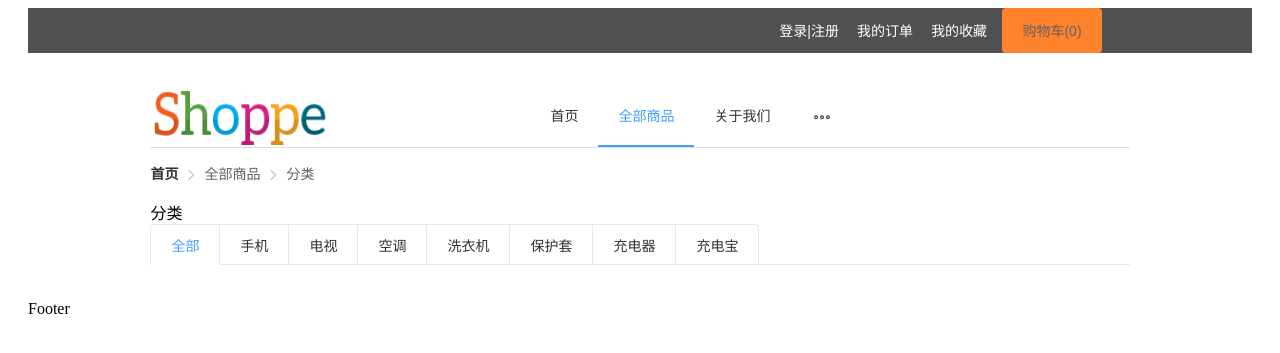
Repository: zhenghaochang/---
Page: /#/allGoods (app in xiaomi/)
An editor plug-in stored every save of this project. The page is shown before and after the next save, followed by the edit.
The browser window is 1280 px wide. The pictures show the whole page.
The project was rebuilt for these pictures with package versions that can differ from the ones it lists, and the page was loaded fresh each time. Also part of the build but not shown: xiaomi/vite.config.js.

Above is the page before, as saved 2025-08-01 15:16:57.

### xiaomi/src/main.js
import { createApp } from 'vue';
import ElementPlus from 'element-plus';
import 'element-plus/dist/index.css';
import router from './router/router';
import App from './App.vue';
import * as ElementPlusIconsVue from '@element-plus/icons-vue';
import { createPinia } from 'pinia';
import piniaPluginPersistedstate from 'pinia-plugin-persistedstate'
const app = createApp(App);
const pinia = createPinia();
pinia.use(piniaPluginPersistedstate)
app.use(pinia);
for (const [key, component] of Object.entries(ElementPlusIconsVue)) {
    app.component(key, component);
}
app.use(router);
app.use(ElementPlus);
app.mount('#app');

### xiaomi/src/router/router.js
import {createRouter,createWebHashHistory} from 'vue-router'

let router = createRouter({
    history:createWebHashHistory(),
    routes:[
        {
            path:"/",
            component:()=>import('../components/main.vue'),
            redirect:"/home",
            children:[
                {
                    path:"/home",
                    component:() => import('../view/home.vue')
                },
                {
                    path:"/allGoods",
                    component:() => import('../view/allGoods.vue')
                }
            ]
        }
    ]
})

export default router

### xiaomi/src/App.vue
<script setup>
import Menu from '../src/components/menu.vue'


</script>

<template>
    <div>
        <el-container>
            <el-header class="header"><Menu></Menu></el-header>
            <el-main class="main"><router-view></router-view></el-main>
            <el-footer>Footer</el-footer>
        </el-container>
    </div>
</template>

<style scoped>
.header{
/*     background-color: blue; */
    width:100%
}
/* .main{
    background-color: blue;
    width: 100%;
    display:flex;
    flex-direction: column;
    justify-content: center;
} */
</style>

### xiaomi/src/components/main.vue
<script setup>
import logo from '../assets/img/logo.png'
import { Search } from '@element-plus/icons-vue'
import {useRoute,useRouter} from 'vue-router'

const router = useRouter()
const route = useRoute()

</script>

<template>
    <div class="base_div">
        <!-- 菜单div -->
        <div style="width:80%;margin-bottom:20px">
            <el-menu
                :default-active="route.path"
                class="menu"
                mode="horizontal"
                @select="handleSelect"
                router
            >
                <div>
                    <img style="width:180px;height:60px;margin-right:200px" :src="logo" alt="">
                </div>
                <el-menu-item index="/home">首页</el-menu-item>
                <el-menu-item index="/allGoods">全部商品</el-menu-item>
                <el-menu-item index="/aboutUs">关于我们</el-menu-item>
                <div>
                    <el-input
                        v-model="input3"
                        style="margin-left:200px;width:250px"
                        placeholder="请输入商品名称"
                        class="input-with-select"
                    >
                        <template #append>
                            <el-button :icon="Search" />
                        </template>
                    </el-input>
                </div>
            </el-menu>
        </div>
        <!-- 菜单div END -->
        <!-- 主体div -->
        <div style="width:100%">
            <router-view></router-view>
        </div>
    </div>
</template>

<style scoped>
.base_div{
    width: 100%;
    display:flex;
    flex-direction: column;
    align-items:center;
}
.menu{
    display:flex;
    align-items: center;
}
</style>

### xiaomi/src/view/allGoods.vue
<script setup>
import { ArrowRight } from '@element-plus/icons-vue'
import {ref} from 'vue'


const activeName = ref('0')

</script>

<template>
    <div class="base_div">
        <!-- 面包屑 -->
        <div style="width:80%">
            <el-breadcrumb :separator-icon="ArrowRight">
                <el-breadcrumb-item :to="{ path: '/home' }">首页</el-breadcrumb-item>
                <el-breadcrumb-item>全部商品</el-breadcrumb-item>
                <el-breadcrumb-item>分类</el-breadcrumb-item>
            </el-breadcrumb>
        </div>
        <!-- 面包屑END -->
        <br>
        <!-- 分类标签 -->
        <div style="width:80%">
            分类
            <el-tabs
                v-model="activeName"
                type="card"
                class="demo-tabs"
                @tab-click="handleClick"
            >
                <el-tab-pane label="全部" name="0"></el-tab-pane>
                <el-tab-pane label="手机" name="1"></el-tab-pane>
                <el-tab-pane label="电视" name="2"></el-tab-pane>
                <el-tab-pane label="空调" name="3"></el-tab-pane>
                <el-tab-pane label="洗衣机" name="4"></el-tab-pane>
                <el-tab-pane label="保护套" name="5"></el-tab-pane>
                <el-tab-pane label="充电器" name="6"></el-tab-pane>
                <el-tab-pane label="充电宝" name="7"></el-tab-pane>
            </el-tabs>
        </div>
        <!-- 分类标签END -->
    </div>
</template>

<style scoped>
.base_div{
    width: 100%;
    display: flex;
    justify-content: center;
}
</style>

### xiaomi/src/components/menu.vue
<script setup>
import {ref,reactive} from 'vue'
import request from '../request/index'
import { ElMessage } from 'element-plus'
import {useUserStore} from '../store/index'


const store = useUserStore()


const loginVisible = ref(false)
const registVisible = ref(false)

const loginForm = ref({
    username:'',
    password:''
})

const registForm = ref({
    username:'',
    password:'',
    rePassword:'',
    name:''
})

const user = ref({
    id:0,
    username:'',
    name:'',
    numInCart:0,
    token:''
})

const loginFormRef = ref()
const registFormRef = ref()

const validateUsername = (rule,value,callback)=>{
    if(value.length==0){
      callback(new Error("用户名不能为空"))
    }else{
      callback()
    }
  }

  const validatePassword = (rule,value,callback)=>{
    if(value.length<4){
      callback(new Error("密码小于4位"))
    }else{
      callback()
    }
  }

  const validateRePassword = (rule,value,callback)=>{
    if(value.length<4){
      callback(new Error("密码小于4位"))
    }else{
      if(value != registForm.value.password){
        callback(new Error("密码不一致"))
      }else{
        callback()
      }
    }
  }

  const rules = {
    username:[{required:true,message:'用户名不能为空',validator:validateUsername}],
    password:[{required:true,message:'密码必须大于4位',validator:validatePassword}],
    rePassword:[{required:true,validator:validateRePassword}]
  }


async function login(){
    const valid = await loginFormRef.value.validate
    if(valid){
        let {data} = await request.post("/user/login",loginForm.value)
        if(data.code == 200){
            ElMessage.success('登录成功')
            user.value = data.data
            store.changeInfo(user.value)
            loginVisible.value = false
        }else{
            ElMessage.error(data.msg)
        }
    }
}

async function regist(){
    const valid = await registFormRef.value.validate
    if(valid){
        let {data} = await request.post("/user/regist",registForm.value)
        if(data.code == 200){
            ElMessage.success('注册成功')
            registVisible.value = false
            loginVisible.value = true
        }else{
            ElMessage.error(data.msg)
        }
    }
}

</script>

<template>
    <div class="base_div">
        <el-button color="rgb(80,80,80)" @click="loginVisible = true" v-if="store.id==0" link>登录|注册</el-button>
        <div style="display:flex;align-items:center;margin-right:10px" v-else>
            <el-button color="rgb(80,80,80)" link>欢迎{{store.name}}</el-button>
            <el-button color="rgb(80,80,80)" @click="()=>{store.logout(),ElMessage.success('已退出')}" link>退出登录</el-button>
        </div>
        <el-button color="rgb(80,80,80)" link>我的订单</el-button>
        <el-button color="rgb(80,80,80)" link>我的收藏</el-button>
        <el-button  style="background-color:rgb(255,130, 45);margin-right:150px;width:100px"  link>购物车({{store.numInCart}})</el-button>

        <!-- 登录窗口 -->
        <el-dialog v-model="loginVisible"  title="登录" width="300">
            <el-form :model="loginForm" ref="loginFormRef" :rules="rules">
                <el-form-item label="用户名" prop="username" :label-width="70">
                    <el-input v-model="loginForm.username" autocomplete="off" />
                </el-form-item>
                <el-form-item label="密码" prop="password" :label-width="70">
                    <el-input v-model="loginForm.password" autocomplete="off" type="password" show-password />
                </el-form-item>
            </el-form>
            <template #footer>
                <div style="display:flex;justify-content:space-between;align-items:center">
                    <el-button type="warning" @click="registVisible = true">注册</el-button>
                    <div>
                        <el-button @click="loginVisible = false">取消</el-button>
                        <el-button type="primary" @click="login">
                        登录
                        </el-button>
                    </div>

                </div>
            </template>
        </el-dialog>
        <!-- 登录窗口END -->
        <!-- 注册窗口 -->
        <el-dialog v-model="registVisible"  title="注册" width="350">
            <el-form :model="registForm" ref="registFormRef" :rules="rules">
                <el-form-item label="用户名" prop="username" :label-width="80">
                    <el-input v-model="registForm.username" autocomplete="off" />
                </el-form-item>
                <el-form-item label="密码" prop="password" :label-width="80">
                    <el-input v-model="registForm.password" autocomplete="off" type="password" show-password />
                </el-form-item>
                <el-form-item label="确认密码" prop="rePassword" :label-width="80">
                    <el-input v-model="registForm.rePassword" autocomplete="off" type="password" show-password />
                </el-form-item>
                <el-form-item label="姓名"  :label-width="80">
                    <el-input v-model="registForm.name" autocomplete="off"  />
                </el-form-item>
            </el-form>
            <template #footer>
                <div style="">
                    <div>
                        <el-button @click="registVisible = false">取消</el-button>
                        <el-button type="primary" @click="regist">
                        注册
                        </el-button>
                    </div>

                </div>
            </template>
        </el-dialog>
        <!-- 注册窗口END -->
    </div>
</template>

<style scoped>
.base_div{
    background-color:rgb(80,80,80);
    width:100%;
    height:45px;
    display: flex;
    justify-content:flex-end;
}
</style>

### xiaomi/src/request/index.js
import axios from 'axios'


const request = axios.create({
    baseURL:'http://localhost:8080',
    timeout:10000
})









export default request

### xiaomi/src/store/index.js
import {defineStore} from 'pinia'

const user = {
    id:0,
    username:'',
    name:'',
    numInCart:0,
    token:''
}

export const useUserStore = defineStore('userInfo',{
    state:()=>({
        id:0,
        username:'',
        name:'',
        numInCart:0,
        token:''
    }),
    getters:{},
    actions:{
        changeInfo(user){
            this.id = user.id,
            this.username = user.username,
            this.name = user.name,
            this.numInCart = user.numInCart,
            this.token = user.token
        },
        logout(){
            this.id = 0,
            this.username = '',
            this.name = '',
            this.numInCart = 0,
            this.token = ''
        }
    },
    persist: true
}
)

Loaded but not shown: xiaomi/index.html (common file)

After the next save:
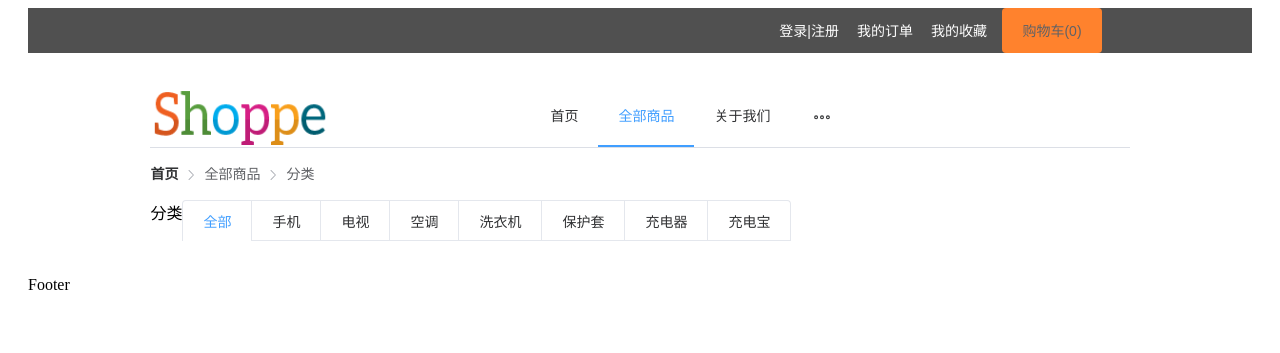
Saved 11 s later.
--- a/xiaomi/src/view/allGoods.vue
+++ b/xiaomi/src/view/allGoods.vue
@@ -20,7 +20,7 @@ const activeName = ref('0')
         <!-- 面包屑END -->
         <br>
         <!-- 分类标签 -->
-        <div style="width:80%">
+        <div style="width:80%;display:flex;">
             分类
             <el-tabs
                 v-model="activeName"
